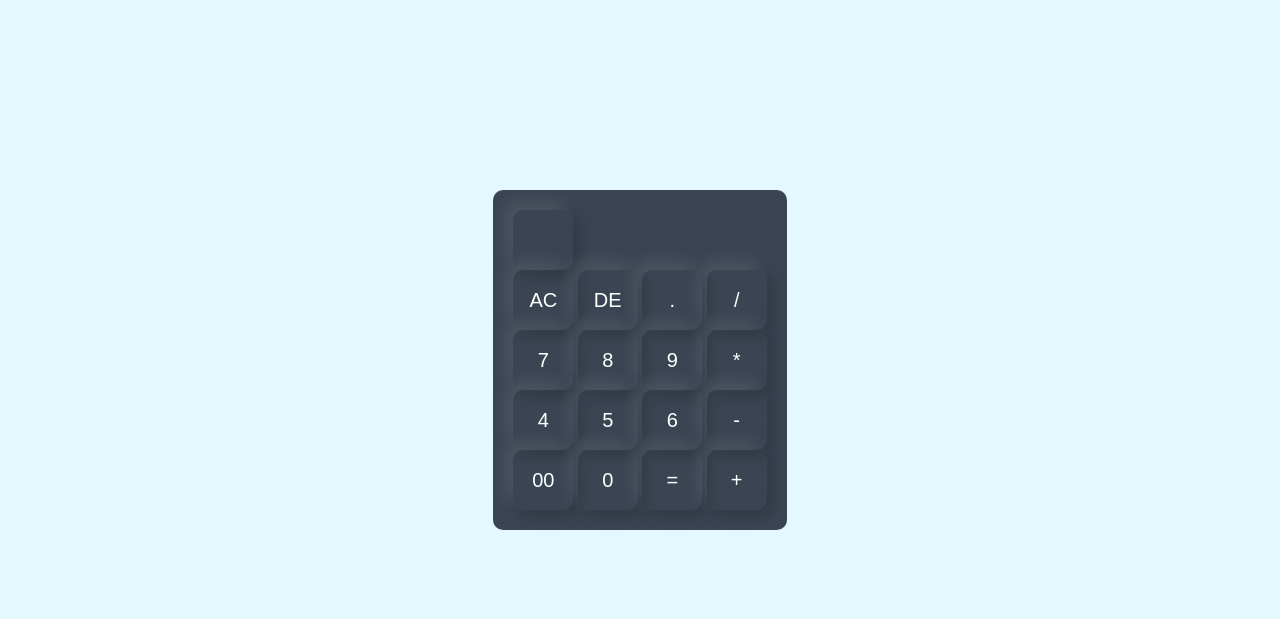
Repository: YAAMAR/calculator
Page: index.html
These files come from the project's save history. The page is drawn as it stood at one moment and after the next save; the edit follows.
The browser window is 1280 px wide. The pictures show the whole page.

Above is the page before, as saved 2024-05-02 21:36:00.

After the next save:
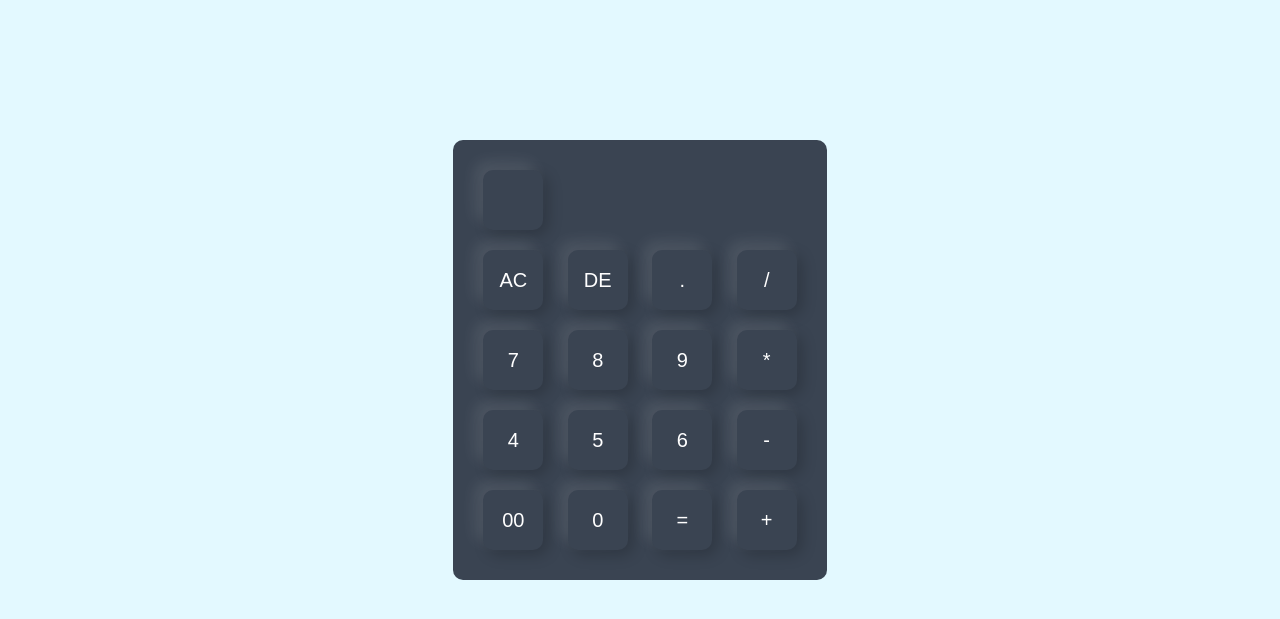
Saved 4 s later.
--- a/style.css
+++ b/style.css
@@ -28,5 +28,5 @@
     font-size: 20px;
     color: #fff;
     cursor: pointer;
-    margin: ;
+    margin: 10px;
 }
